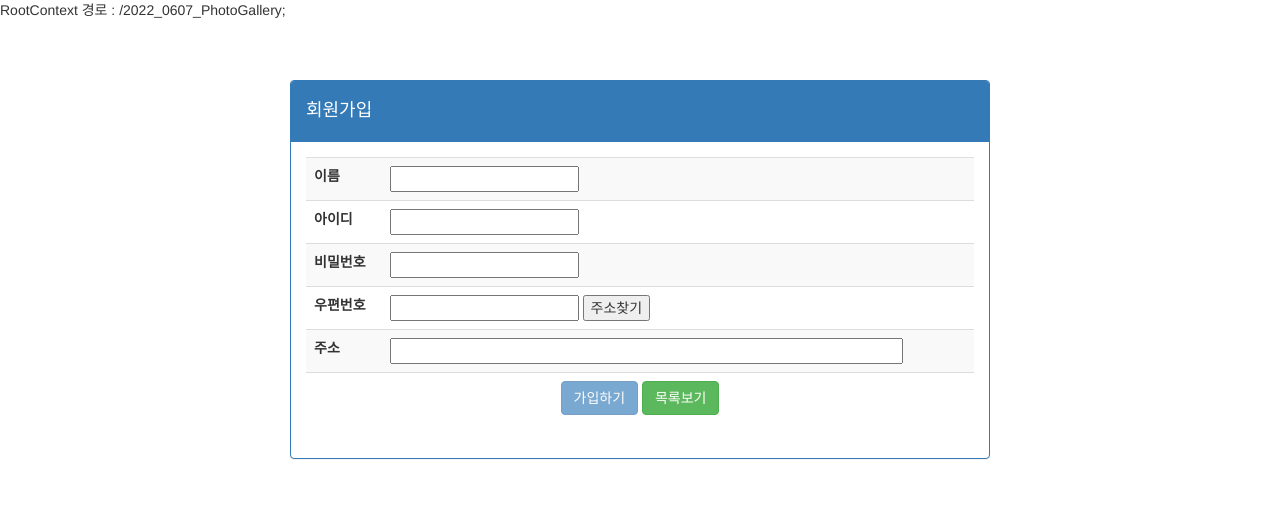
Repository: simDev1234/WebStudy
Page: http://localhost/2022_0607_PhotoGallery/member/insert_form.do
An editor plug-in stored every save of this project. The page is shown before and after the next save, followed by the edit.
The browser window is 1280 px wide. The pictures show the whole page.
The page is served by Tomcat 9.

Above is the page before, as saved 2022-06-08 02:13:39.

After the next save:
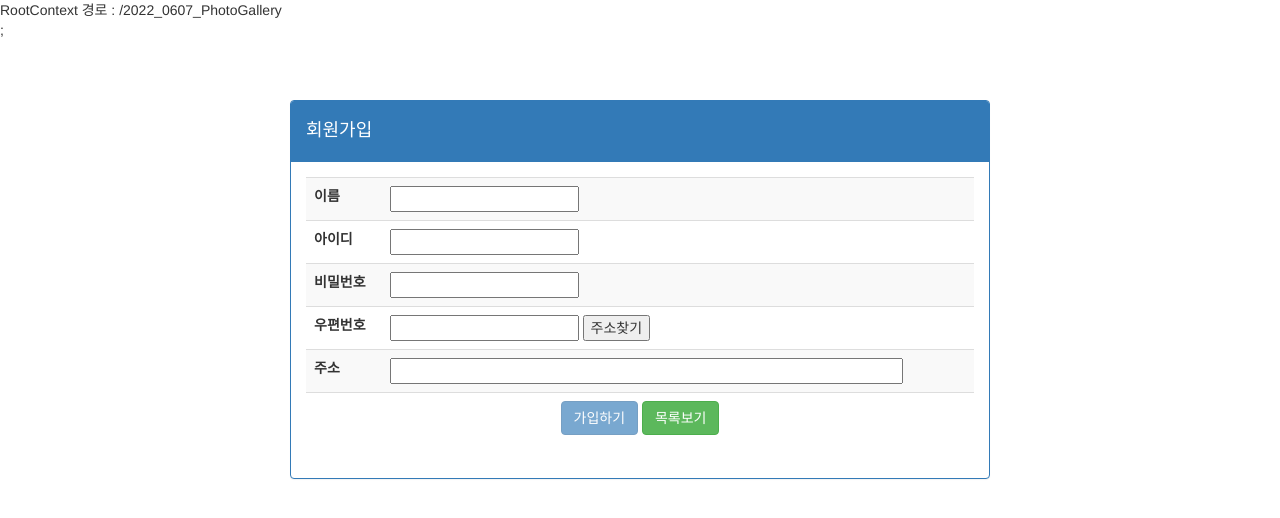
Saved 20 s later.
--- a/_01_상반기_WebStudy/2022_0607_PhotoGallery/src/main/webapp/member/member_insert_form.jsp
+++ b/_01_상반기_WebStudy/2022_0607_PhotoGallery/src/main/webapp/member/member_insert_form.jsp
@@ -143,7 +143,7 @@
 </script>
 </head>
 <body>
-RootContext 경로 : ${ pageContext.request.contextPath };
+RootContext 경로 : ${ pageContext.request.contextPath }<br>;
    <form>
       <div id = "box">
          <div class="panel panel-primary">

After the save that followed:
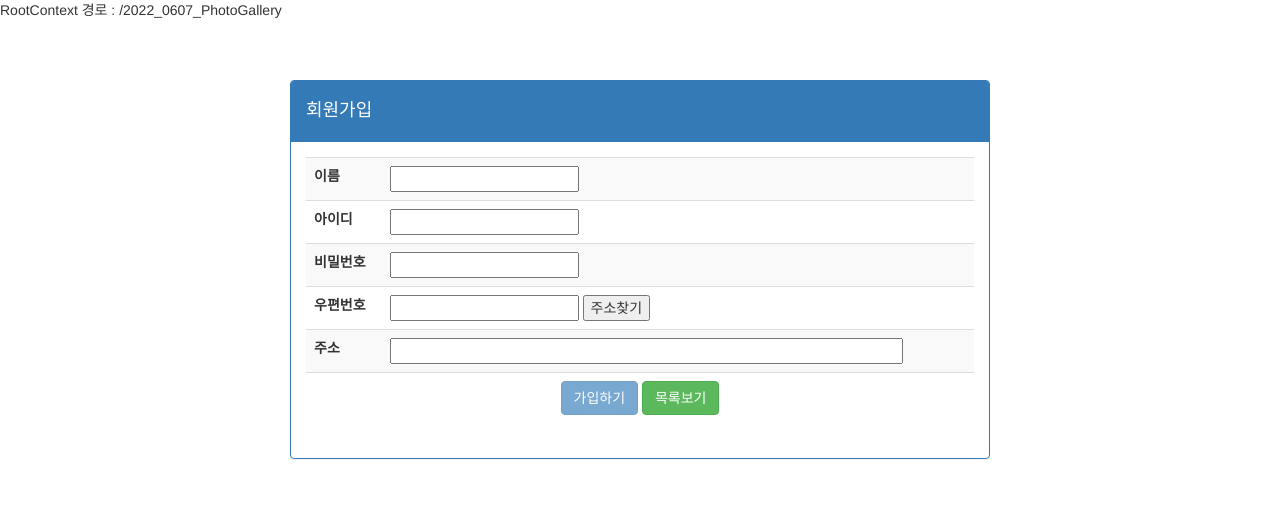
Saved 5 s later.
--- a/_01_상반기_WebStudy/2022_0607_PhotoGallery/src/main/webapp/member/member_insert_form.jsp
+++ b/_01_상반기_WebStudy/2022_0607_PhotoGallery/src/main/webapp/member/member_insert_form.jsp
@@ -143,7 +143,7 @@
 </script>
 </head>
 <body>
-RootContext 경로 : ${ pageContext.request.contextPath }<br>;
+RootContext 경로 : ${ pageContext.request.contextPath }<br>
    <form>
       <div id = "box">
          <div class="panel panel-primary">
